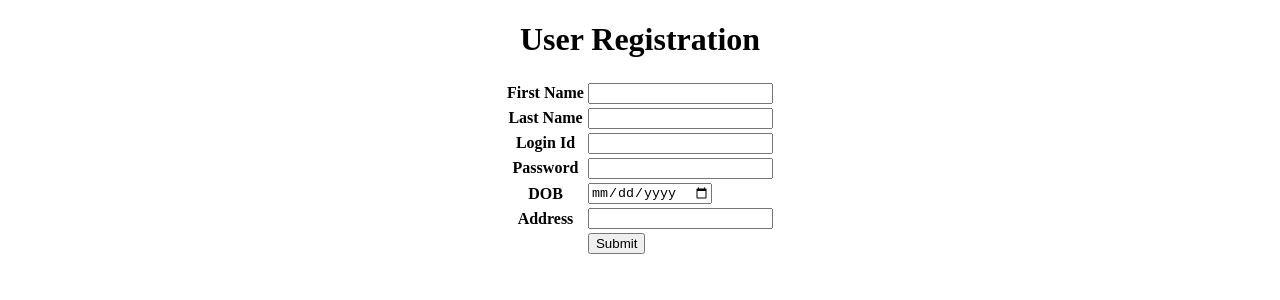
Repository: Ajay12Ajay/Advance_Java
Page: http://localhost/Advance_Web_Project/UserRegistrationVew.jsp
These files come from the project's save history. The page is drawn as it stood at one moment and after the next save; the edit follows.
The browser window is 1280 px wide. The pictures show the whole page.
The page is served by Tomcat 9. Other server files are loaded and not shown.

Above is the page before, as saved 2025-07-22 09:11:47.

### Advance_Java/Advance_Web_Project/WebContent/UserRegistrationVew.jsp
<%@ page language="java" contentType="text/html; charset=UTF-8"
	pageEncoding="UTF-8"%>
<!DOCTYPE html>
<html>
<head>
<meta charset="UTF-8">
<title>User Registration</title>
</head>
<body>
	<div align="center">
		<form action="UserDetails.jsp">
			<h1>User Registration</h1>
			<table>
				<tr>
					<th>First Name</th>
					<td><input type="text" name="firstName"></td>
				</tr>
				<tr>
					<th>Last Name</th>
					<td><input type="text" name="lastName"></td>
				</tr>
				<tr>
					<th>Login Id</th>
					<td><input type="text" name="loginId"></td>
				</tr>
				<tr>
					<th>Password</th>
					<td><input type="text" name="password"></td>
				</tr>
				<tr>
					<th>DOB</th>
					<td><input type="date" name="dob"></td>
				</tr>
				<tr>
					<th>Address</th>
					<td><input type="text" name="address"></td>
				</tr>
				<tr>
					<th></th>
					<td><input type="submit" name="signUp"></td>
				</tr>
			</table>
		</form>
	</div>
</body>
</html>

After the next save:
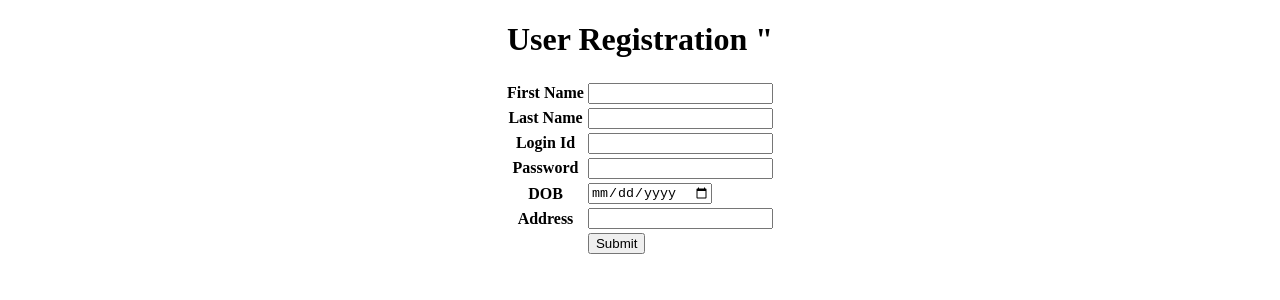
Saved 2 min 33 s later.
--- a/Advance_Java/Advance_Web_Project/WebContent/UserRegistrationVew.jsp
+++ b/Advance_Java/Advance_Web_Project/WebContent/UserRegistrationVew.jsp
@@ -8,8 +8,8 @@
 </head>
 <body>
 	<div align="center">
-		<form action="UserDetails.jsp">
-			<h1>User Registration</h1>
+		<form action="UserDetails.jsp" method="post">
+			<h1>User Registration "</h1>
 			<table>
 				<tr>
 					<th>First Name</th>
